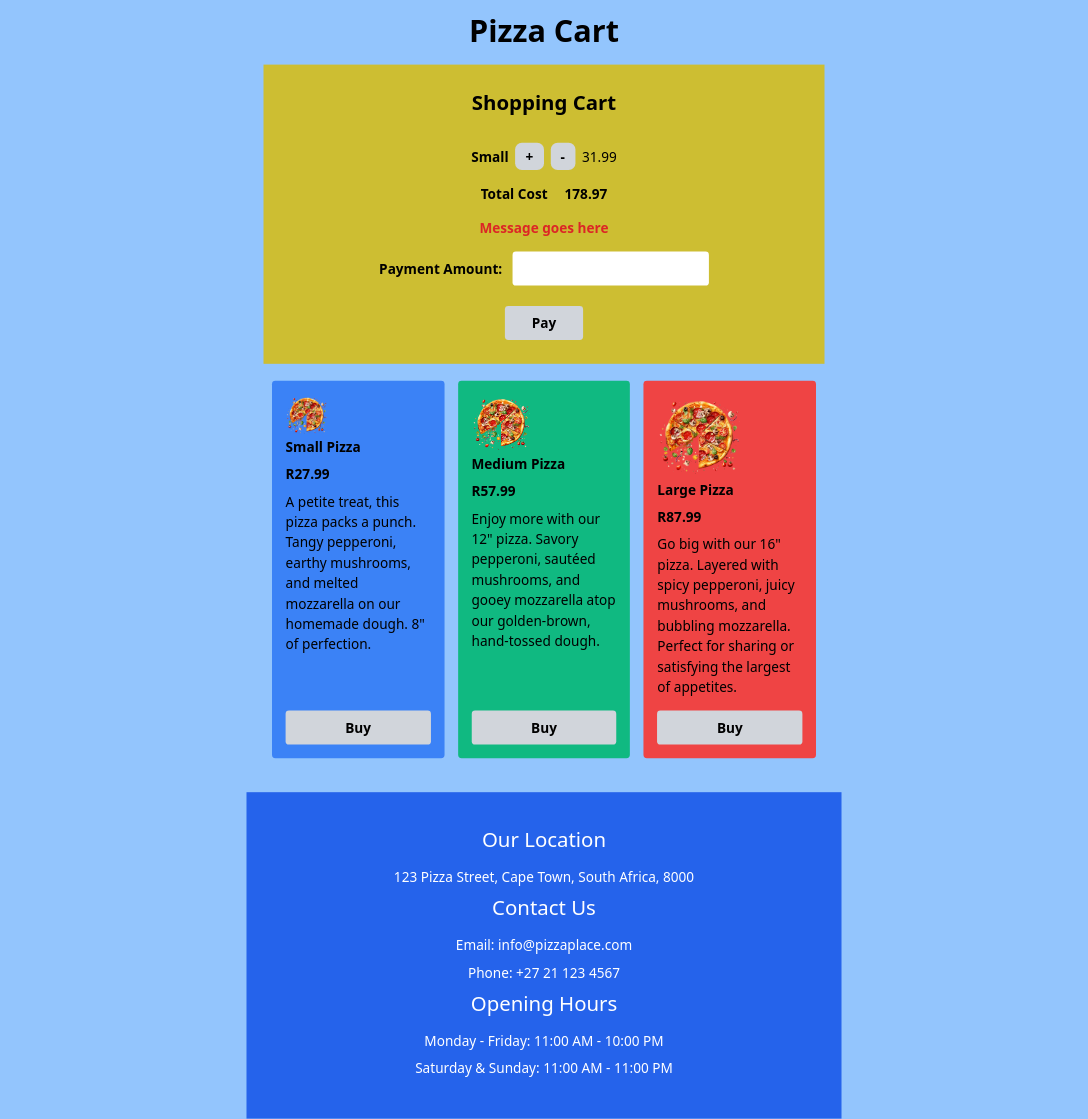
Repository: lasity34/pizza_cart
Page: index.html
The author's editor kept a copy of each file at every save. The page is drawn from the files as they stood at one save, then again after the next save.
The browser window is 1280 px wide. The pictures show the whole page, at 85% of full size.
Some web libraries are served in a nearby version.

Above is the page before, as saved 2023-07-11 09:46:40.

### index.html
<!DOCTYPE html>
<html lang="en">
  <head>
    <meta charset="UTF-8" />
    <meta name="viewport" content="width=device-width, initial-scale=1.0" />
    <title>Pizza Cart</title>
    <script src="//unpkg.com/alpinejs" defer></script>
    <link
      href="https://cdn.jsdelivr.net/npm/tailwindcss@2.1.2/dist/tailwind.min.css"
      rel="stylesheet"
    />
    <link href="./style.css" rel="stylesheet" />
  </head>
  <body class="bg-blue-300">
    <section class="flex justify-center items-center">
      <h1 class="text-4xl pt-4 font-bold">Pizza Cart</h1>
    </section>
    <section
      class="shop-container m-5 p-7 flex justify-center items-center flex-col"
    >
      <h2 class="text-2xl mb-2 font-bold">Shopping Cart</h2>
      <div class="mt-6 flex flex-col items-center">
        <div class="flex items-center">
          <p class="font-bold mr-2">Small</p>
          <button
            class="bg-gray-300 hover:bg-gray-400 rounded-lg px-3 py-1 mr-2 font-bold"
          >
            +
          </button>
          <button
            class="bg-gray-300 hover:bg-gray-400 rounded-lg px-3 py-1 font-bold"
          >
            -
          </button>
          <p class="ml-2">31.99</p>
        </div>
        <div class="flex mt-4">
          <p class="font-bold">Total Cost</p>
          <p class="ml-5 font-bold">178.97</p>
        </div>
        <div class="mt-4">
          <p class="text-red-600 font-bold">Message goes here</p>
        </div>
        <div class="mt-4">
          <label class="font-bold">Payment Amount:</label>
          <input type="text" class="rounded ml-2 py-2" />
        </div>
        <div class="mt-6">
          <button
            class="bg-gray-300 hover:bg-gray-400 py-2 px-8 rounded font-bold"
          >
            Pay
          </button>
        </div>
      </div>
    </section>
    <section class="pizza_columns">
        <div class="flex justify-around gap-4 max-w-screen-sm mx-auto">
            <div class="pizza_sm bg-blue-500 rounded p-4 w-64 flex flex-col justify-between text-black">
              <div>
                <img src="./pizza.png" width="50" />
                <h3 class="mb-2 font-bold">Small Pizza</h3>
                <h3 class="mb-2 font-bold">R27.99</h3>
                <p class="mb-4">
                  A petite treat, this pizza packs a punch. Tangy pepperoni, earthy
                  mushrooms, and melted mozzarella on our homemade dough. 8" of
                  perfection.
                </p>
              </div>
              <button class="bg-gray-300 hover:bg-gray-400 transition-colors duration-300 py-2 px-4 rounded font-bold">Buy</button>
            </div>
            <div class="pizza_md bg-green-500 rounded p-4 w-64 flex flex-col justify-between text-black">
              <div>
                <img src="./pizza.png" width="70" />
                <h3 class="mb-2 font-bold">Medium Pizza</h3>
                <h3 class="mb-2 font-bold">R57.99</h3>
                <p class="mb-4">
                  Enjoy more with our 12" pizza. Savory pepperoni, sautéed mushrooms, and gooey mozzarella atop our golden-brown, hand-tossed dough.
                </p>
              </div>
              <button class="bg-gray-300 hover:bg-gray-400 transition-colors duration-300 py-2 px-4 rounded font-bold">Buy</button>
            </div>
            <div class="pizza_lg bg-red-500 rounded p-4 w-64 flex flex-col justify-between text-black">
              <div>
                <img src="./pizza.png" width="100" />
                <h3 class="mb-2 font-bold">Large Pizza</h3>
                <h3 class="mb-2 font-bold">R87.99</h3>
                <p class="mb-4">
                  Go big with our 16" pizza. Layered with spicy pepperoni, juicy mushrooms, and bubbling mozzarella. Perfect for sharing or satisfying the largest of appetites.
                </p>
              </div>
              <button class="bg-gray-300 hover:bg-gray-400 transition-colors duration-300 py-2 px-4 rounded font-bold">Buy</button>
            </div>
          </div>
          <footer class="bg-blue-600 text-white mt-10 p-10">
            <div class="container mx-auto text-center">
              <h2 class="text-2xl mb-4">Our Location</h2>
              <p class="mb-2">123 Pizza Street, Cape Town, South Africa, 8000</p>

              <h2 class="text-2xl mb-4">Contact Us</h2>
              <p class="mb-2">Email: info@pizzaplace.com</p>
              <p class="mb-2">Phone: +27 21 123 4567</p>

              <h2 class="text-2xl mb-4">Opening Hours</h2>
              <p class="mb-2">Monday - Friday: 11:00 AM - 10:00 PM</p>
              <p class="mb-2">Saturday & Sunday: 11:00 AM - 11:00 PM</p>
            </div>
          </footer>






    </section>
  </body>
</html>

### style.css

body {
    max-width: 700px;
    margin: 0 auto;
}

.shop-container {
    background-color: rgb(205, 190, 50);
}

After the next save:
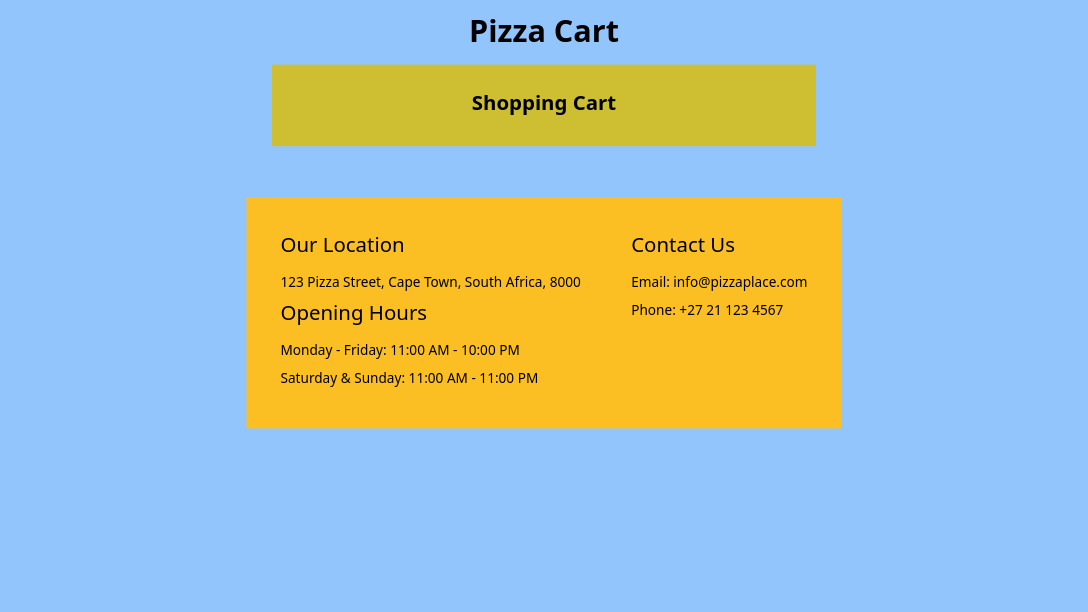
Saved 4 min 4 s later.
--- a/index.html
+++ b/index.html
@@ -15,103 +15,31 @@
     <section class="flex justify-center items-center">
       <h1 class="text-4xl pt-4 font-bold">Pizza Cart</h1>
     </section>
-    <section
-      class="shop-container m-5 p-7 flex justify-center items-center flex-col"
-    >
+    <section class="shop-container m-5 p-7 flex justify-center items-center flex-col max-w-screen-sm mx-auto">
       <h2 class="text-2xl mb-2 font-bold">Shopping Cart</h2>
-      <div class="mt-6 flex flex-col items-center">
-        <div class="flex items-center">
-          <p class="font-bold mr-2">Small</p>
-          <button
-            class="bg-gray-300 hover:bg-gray-400 rounded-lg px-3 py-1 mr-2 font-bold"
-          >
-            +
-          </button>
-          <button
-            class="bg-gray-300 hover:bg-gray-400 rounded-lg px-3 py-1 font-bold"
-          >
-            -
-          </button>
-          <p class="ml-2">31.99</p>
-        </div>
-        <div class="flex mt-4">
-          <p class="font-bold">Total Cost</p>
-          <p class="ml-5 font-bold">178.97</p>
-        </div>
-        <div class="mt-4">
-          <p class="text-red-600 font-bold">Message goes here</p>
-        </div>
-        <div class="mt-4">
-          <label class="font-bold">Payment Amount:</label>
-          <input type="text" class="rounded ml-2 py-2" />
-        </div>
-        <div class="mt-6">
-          <button
-            class="bg-gray-300 hover:bg-gray-400 py-2 px-8 rounded font-bold"
-          >
-            Pay
-          </button>
-        </div>
-      </div>
+      <!-- ... other code ... -->
     </section>
     <section class="pizza_columns">
         <div class="flex justify-around gap-4 max-w-screen-sm mx-auto">
-            <div class="pizza_sm bg-blue-500 rounded p-4 w-64 flex flex-col justify-between text-black">
-              <div>
-                <img src="./pizza.png" width="50" />
-                <h3 class="mb-2 font-bold">Small Pizza</h3>
-                <h3 class="mb-2 font-bold">R27.99</h3>
-                <p class="mb-4">
-                  A petite treat, this pizza packs a punch. Tangy pepperoni, earthy
-                  mushrooms, and melted mozzarella on our homemade dough. 8" of
-                  perfection.
-                </p>
-              </div>
-              <button class="bg-gray-300 hover:bg-gray-400 transition-colors duration-300 py-2 px-4 rounded font-bold">Buy</button>
-            </div>
-            <div class="pizza_md bg-green-500 rounded p-4 w-64 flex flex-col justify-between text-black">
-              <div>
-                <img src="./pizza.png" width="70" />
-                <h3 class="mb-2 font-bold">Medium Pizza</h3>
-                <h3 class="mb-2 font-bold">R57.99</h3>
-                <p class="mb-4">
-                  Enjoy more with our 12" pizza. Savory pepperoni, sautéed mushrooms, and gooey mozzarella atop our golden-brown, hand-tossed dough.
-                </p>
-              </div>
-              <button class="bg-gray-300 hover:bg-gray-400 transition-colors duration-300 py-2 px-4 rounded font-bold">Buy</button>
-            </div>
-            <div class="pizza_lg bg-red-500 rounded p-4 w-64 flex flex-col justify-between text-black">
-              <div>
-                <img src="./pizza.png" width="100" />
-                <h3 class="mb-2 font-bold">Large Pizza</h3>
-                <h3 class="mb-2 font-bold">R87.99</h3>
-                <p class="mb-4">
-                  Go big with our 16" pizza. Layered with spicy pepperoni, juicy mushrooms, and bubbling mozzarella. Perfect for sharing or satisfying the largest of appetites.
-                </p>
-              </div>
-              <button class="bg-gray-300 hover:bg-gray-400 transition-colors duration-300 py-2 px-4 rounded font-bold">Buy</button>
-            </div>
-          </div>
-          <footer class="bg-blue-600 text-white mt-10 p-10">
-            <div class="container mx-auto text-center">
+          <!-- ... pizza cards code ... -->
+        </div>
+        <footer class="bg-yellow-400 text-black mt-10 p-10">
+          <div class="container mx-auto flex justify-between">
+            <div>
               <h2 class="text-2xl mb-4">Our Location</h2>
               <p class="mb-2">123 Pizza Street, Cape Town, South Africa, 8000</p>
-
-              <h2 class="text-2xl mb-4">Contact Us</h2>
-              <p class="mb-2">Email: info@pizzaplace.com</p>
-              <p class="mb-2">Phone: +27 21 123 4567</p>
 
               <h2 class="text-2xl mb-4">Opening Hours</h2>
               <p class="mb-2">Monday - Friday: 11:00 AM - 10:00 PM</p>
               <p class="mb-2">Saturday & Sunday: 11:00 AM - 11:00 PM</p>
             </div>
-          </footer>
-
-
-
-
-
-
+            <div>
+              <h2 class="text-2xl mb-4">Contact Us</h2>
+              <p class="mb-2">Email: info@pizzaplace.com</p>
+              <p class="mb-2">Phone: +27 21 123 4567</p>
+            </div>
+          </div>
+        </footer>
     </section>
   </body>
 </html>
